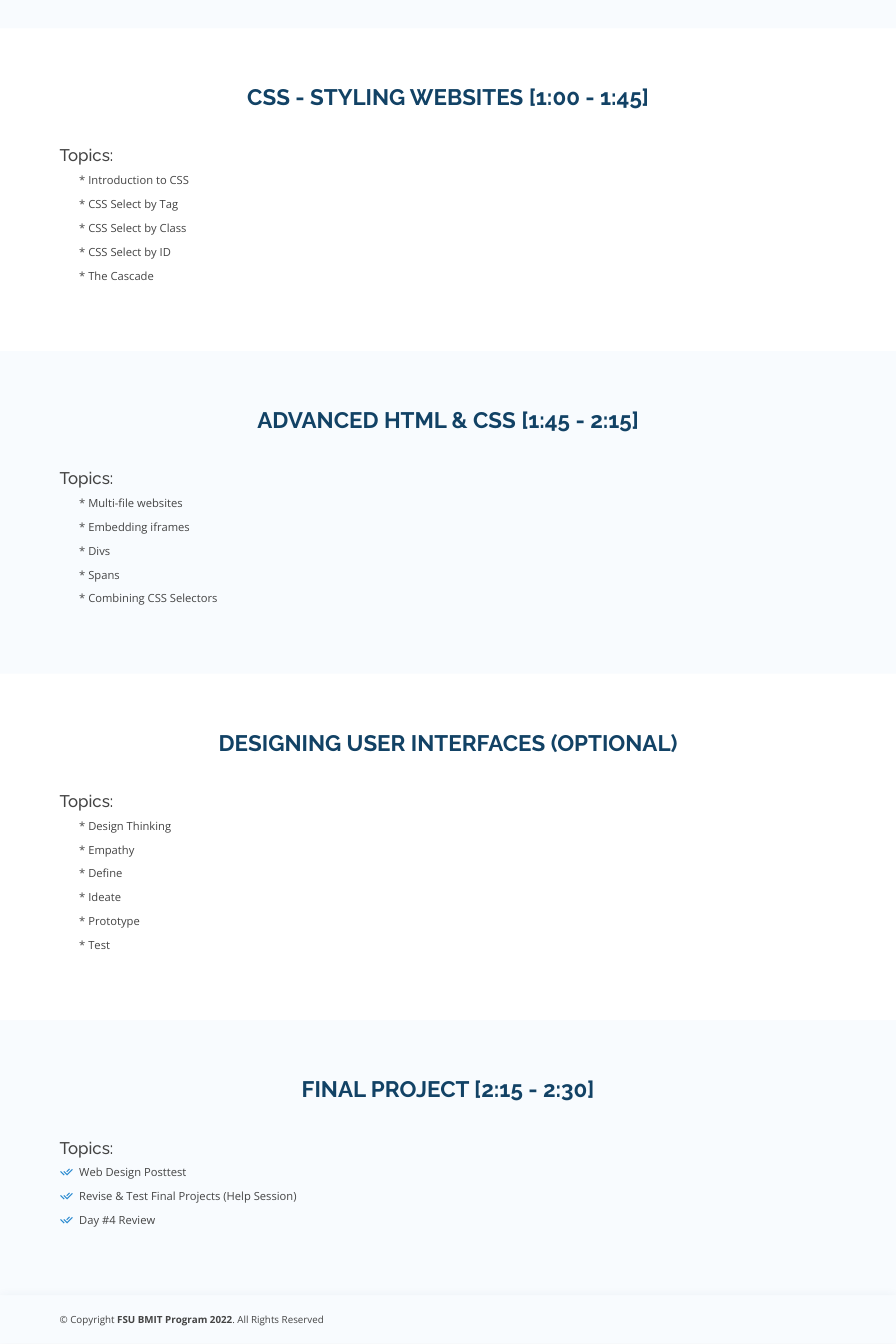
Repository: cchatmon/BMIT-Program
Page: BMIT_OnePage/index.html
The author's editor kept a record of every edit. The page is drawn from the files as they stood at one moment, then again after the next edit.
The browser window is 1280 px wide. The pictures show the part of the page from y = 1498 to 3418 px (the page is 3418 px tall), at 70% of full size.
Backgrounds fixed to the window are drawn as part of the page.

Above is the page before.

### BMIT_OnePage/index.html
<!DOCTYPE html>
<html lang="en">

<head>
  <meta charset="utf-8">
  <meta content="width=device-width, initial-scale=1.0" name="viewport">

  <title>FSU BMIT Program</title>
  <meta content="" name="descriptison">
  <meta content="" name="keywords">

  <!-- Favicons -->
  <link href="assets/img/favicon.png" rel="icon">
  <link href="assets/img/apple-touch-icon.png" rel="apple-touch-icon">

  <!-- Google Fonts -->
  <link href="https://fonts.googleapis.com/css?family=Open+Sans:300,300i,400,400i,600,600i,700,700i|Raleway:300,300i,400,400i,500,500i,600,600i,700,700i|Poppins:300,300i,400,400i,500,500i,600,600i,700,700i" rel="stylesheet">

  <!-- Vendor CSS Files -->
  <link href="assets/vendor/bootstrap/css/bootstrap.min.css" rel="stylesheet">
  <link href="assets/vendor/icofont/icofont.min.css" rel="stylesheet">
  <link href="assets/vendor/boxicons/css/boxicons.min.css" rel="stylesheet">
  <link href="assets/vendor/remixicon/remixicon.css" rel="stylesheet">
  <link href="assets/vendor/venobox/venobox.css" rel="stylesheet">
  <link href="assets/vendor/owl.carousel/assets/owl.carousel.min.css" rel="stylesheet">
  <link href="assets/vendor/aos/aos.css" rel="stylesheet">

  <!-- Template Main CSS File -->
  <link href="assets/css/style.css" rel="stylesheet">

  <!-- =======================================================
  * Template Name: OnePage - v2.0.0
  * Template URL: https://bootstrapmade.com/onepage-multipurpose-bootstrap-template/
  * Author: BootstrapMade.com
  * License: https://bootstrapmade.com/license/
  ======================================================== -->
</head>

<body>

  <!-- ======= Header ======= -->
  <header id="header" class="fixed-top">
    <div class="container d-flex align-items-center">

      <h1 class="logo mr-auto"><a href="index.html">FSU BMIT Program</a></h1>
      <!-- Uncomment below if you prefer to use an image logo -->
      <!-- <a href="index.html" class="logo mr-auto"><img src="assets/img/logo.png" alt="" class="img-fluid"></a>-->

      <nav class="nav-menu d-none d-lg-block">
        <ul>
          <li><a href="#getStarted">Getting Started</a></li>
          <li><a href="#htmlStructure">HTML - Structuring Websites</a></li>
          <li><a href="#cssStyling">CSS - Styling Websites</a></li>
          <li><a href="#advanceHTML">Advance HTML & CSS</a></li>
          <li><a href="#userInterface">Designing User Interfaces</a></li>
          <li><a href="#finalProject">Final Project</a></li>
        </ul>
      </nav><!-- .nav-menu -->
    </div>
  </header><!-- End Header -->

  <!-- ======= Hero Section ======= -->
  <section id="hero" class="d-flex align-items-center">
    <div class="container position-relative" data-aos="fade-up" data-aos-delay="100">
      <div class="row justify-content-center">
        <div class="col-xl-7 col-lg-9 text-center">
          <h1>BMIT Web Design Training</h1>
          <h2>Instructor:  Christy Chatmon</h2>
        </div>
      </div>
      </div>
  </section><!-- End Hero -->

  <main id="main">

    <!-- ======= Get Started ======= -->
    <section id="getStarted" class="about">
      <div class="container" data-aos="fade-up">

        <div class="section-title">
          <h2>Getting Started [11:45 - 12:15]</h2>
          <p>Getting Started & Structuring Websites using HTML </p>
        </div>

        <div class="row content">
          <div class="col-lg-12">
            <p>In today's world, web pages are the most common medium for sharing ideas and information.  Learning to design websites is an incredibly useful skill for any career path. The CodeHS Web Design course is a project-based course that teaches students how to build their own web pages. Students will learn the languages HTML and CSS, and will create their own live homepages to serve as portfolios of their creations. By the end of this session, students will be able to explain how web pages are developed and viewed on the Internet,analyze and fix errors in existing websites, and create their very own multi-page websites.  Students will learn the foundations of user interface design, rapid prototyping and user testing,and will work to create professional, mobile responsive websites.
            </p>
            <ul>
              <li><i class="ri-check-double-line"></i>introductions & CodeHS
                  <ul>
                    <li>* <a href="https://codehs.com/go/6C265"><u>Click to go to CodeHS</u></a></li>
                    <li>* Use the following code to join the class:  <b style="color:red;">6C265</b></li>
                    <li>* Web Development Resources:
                          <ul>
                            <li><a href="https://www.w3schools.com/">-- <u>w3schools Online Web Tutorials</u></a></li>
                            <li><a href="https://www.tutorialspoint.com/html/index.htm">-- <u>Tutorialspoint</u></a></li>
                            <li><a href="https://html.com/">-- <u>Learn HTML Code, Tags & CSS</u></a></li>
                          </ul>
                    </li>
                  </ul>
              </li>

              <li><i class="ri-check-double-line"></i><b>[12:15-12:30]</b> Web Design Pretest (15 questions)</li>


            </ul>
          </div>
        </div>
      </div>
    </section>    <!-- =======END Get Started ======= -->


    <!-- ======= HTML Structure ======= -->
    <section id="htmlStructure" class="services section-bg">
      <div class="container" data-aos="fade-up">

        <div class="section-title">
          <h2>HTML - Structuring Websites [12:15 - 1:00]</h2>
        </div>


        <div class="row content">
          <div class="col-lg-12">

            <h4>Topics:</h4>
            <ul>
                  <ul>
                    <li>* Introduction to HTML </li>
                    <li>* Structure of an HTML page </li>
                    <li>* Formatting Text </li>
                    <li>* Links </li>
                    <li>* Images </li>
                    <li>* Copyright </li>
                    <li>* HTML Lists </li>
                    <li>* HTML Styling </li>
                  </ul>
                </li>
            </ul>
          </div>
        </div>
      </div>
    </section>    <!-- ======= END HTML Structure ======= -->

    <!-- ======= CSS Styling ======= -->
    <section id="cssStyling" class="portfolio">
      <div class="container" data-aos="fade-up">

        <div class="section-title">
          <h2>CSS - Styling Websites [1:00 - 1:45]</h2>
        </div>


        <div class="row content">
          <div class="col-lg-12">

           <h4>Topics:</h4>
            <ul>
                  <ul>
                    <li>* Introduction to CSS</li>
                    <li>* CSS Select by Tag</li>
                    <li>* CSS Select by Class</li>
                    <li>* CSS Select by ID</li>
                    <li>* The Cascade</li>
                  </ul>

            </ul>
          </div>
        </div>
      </div>
    </section>    <!-- ======= END CSS Styling ======= -->

    <!-- ======= Advance HTML & CSS ======= -->
    <section id="advanceHTML" class="team section-bg">
      <div class="container" data-aos="fade-up">

        <div class="section-title">
          <h2>Advanced HTML & CSS [1:45 - 2:15]</h2>
        </div>


        <div class="row content">
          <div class="col-lg-12">

            <h4>Topics:</h4>

            <ul>
            <ul>
                  <ul>
                    <li>* Multi-file websites</li>
                    <li>* Embedding iframes</li>
                    <li>* Divs</li>
                    <li>* Spans</li>
                    <li>* Combining CSS Selectors</li>
                  </ul>

            </ul>
          </div>
        </div>
      </div>
    </section>    <!-- ======= END Advance HTML & CSS ======= -->

        <!-- ======= Designing User Interfaces ======= -->
    <section id="userInterface" class="about">
      <div class="container" data-aos="fade-up">

        <div class="section-title">
          <h2>Designing User Interfaces (Optional)</h2>
        </div>


        <div class="row content">
          <div class="col-lg-12">

            <h4>Topics:</h4>

            <ul>
                  <ul>
                    <li>* Design Thinking</li>
                    <li>* Empathy</li>
                    <li>* Define</li>
                    <li>* Ideate</li>
                    <li>* Prototype</li>
                    <li>* Test</li>
                  </ul>

            </ul>
          </div>
        </div>
      </div>
    </section><!-- ======= END Designing User Interfaces ======= -->

    <!-- ======= Final Project ======= -->
    <section id="finalProject" class="team section-bg">
      <div class="container" data-aos="fade-up">

        <div class="section-title">
          <h2>Final Project [2:15 - 2:30]</h2>
        </div>


        <div class="row content">
          <div class="col-lg-12">

           <h4>Topics:</h4>

            <ul>
               <li><i class="ri-check-double-line"></i> Web Design Posttest</li>

              <li><i class="ri-check-double-line"></i> Revise & Test Final Projects (Help Session)
                </li>

                <li><i class="ri-check-double-line"></i> Day #4 Review
              </li>

            </ul>
          </div>
        </div>
      </div>
    </section> <!-- ======= END Final Project ======= -->


  </main><!-- End #main -->

  <!-- ======= Footer ======= -->
  <footer id="footer">

    <div class="container d-md-flex py-4">

      <div class="mr-md-auto text-center text-md-left">
        <div class="copyright">
          &copy; Copyright <strong><span>FSU BMIT Program 2022</span></strong>. All Rights Reserved
        </div>

  </footer><!-- End Footer -->

  <a href="#" class="back-to-top"><i class="ri-arrow-up-line"></i></a>
  <div id="preloader"></div>

  <!-- Vendor JS Files -->
  <script src="assets/vendor/jquery/jquery.min.js"></script>
  <script src="assets/vendor/bootstrap/js/bootstrap.bundle.min.js"></script>
  <script src="assets/vendor/jquery.easing/jquery.easing.min.js"></script>
  <script src="assets/vendor/php-email-form/validate.js"></script>
  <script src="assets/vendor/waypoints/jquery.waypoints.min.js"></script>
  <script src="assets/vendor/counterup/counterup.min.js"></script>
  <script src="assets/vendor/venobox/venobox.min.js"></script>
  <script src="assets/vendor/owl.carousel/owl.carousel.min.js"></script>
  <script src="assets/vendor/isotope-layout/isotope.pkgd.min.js"></script>
  <script src="assets/vendor/aos/aos.js"></script>

  <!-- Template Main JS File -->
  <script src="assets/js/main.js"></script>

</body>

</html>

Loaded but not shown: BMIT_OnePage/assets/vendor/bootstrap/css/bootstrap.min.css (library); BMIT_OnePage/assets/vendor/icofont/icofont.min.css (library); BMIT_OnePage/assets/vendor/boxicons/css/boxicons.min.css (library); BMIT_OnePage/assets/vendor/remixicon/remixicon.css (library); BMIT_OnePage/assets/vendor/venobox/venobox.css (library); BMIT_OnePage/assets/vendor/owl.carousel/assets/owl.carousel.min.css (library); BMIT_OnePage/assets/vendor/aos/aos.css (library); BMIT_OnePage/assets/vendor/jquery/jquery.min.js (library); BMIT_OnePage/assets/vendor/bootstrap/js/bootstrap.bundle.min.js (library); BMIT_OnePage/assets/vendor/jquery.easing/jquery.easing.min.js (common file); BMIT_OnePage/assets/vendor/php-email-form/validate.js (library); BMIT_OnePage/assets/vendor/waypoints/jquery.waypoints.min.js (library); BMIT_OnePage/assets/vendor/counterup/counterup.min.js (common file); BMIT_OnePage/assets/vendor/venobox/venobox.min.js (library); BMIT_OnePage/assets/vendor/owl.carousel/owl.carousel.min.js (library); BMIT_OnePage/assets/vendor/isotope-layout/isotope.pkgd.min.js (library); BMIT_OnePage/assets/vendor/aos/aos.js (library); BMIT_OnePage/assets/js/main.js (207 lines, source omitted); BMIT_OnePage/assets/css/style.css (2029 lines, source omitted)

After the next edit:
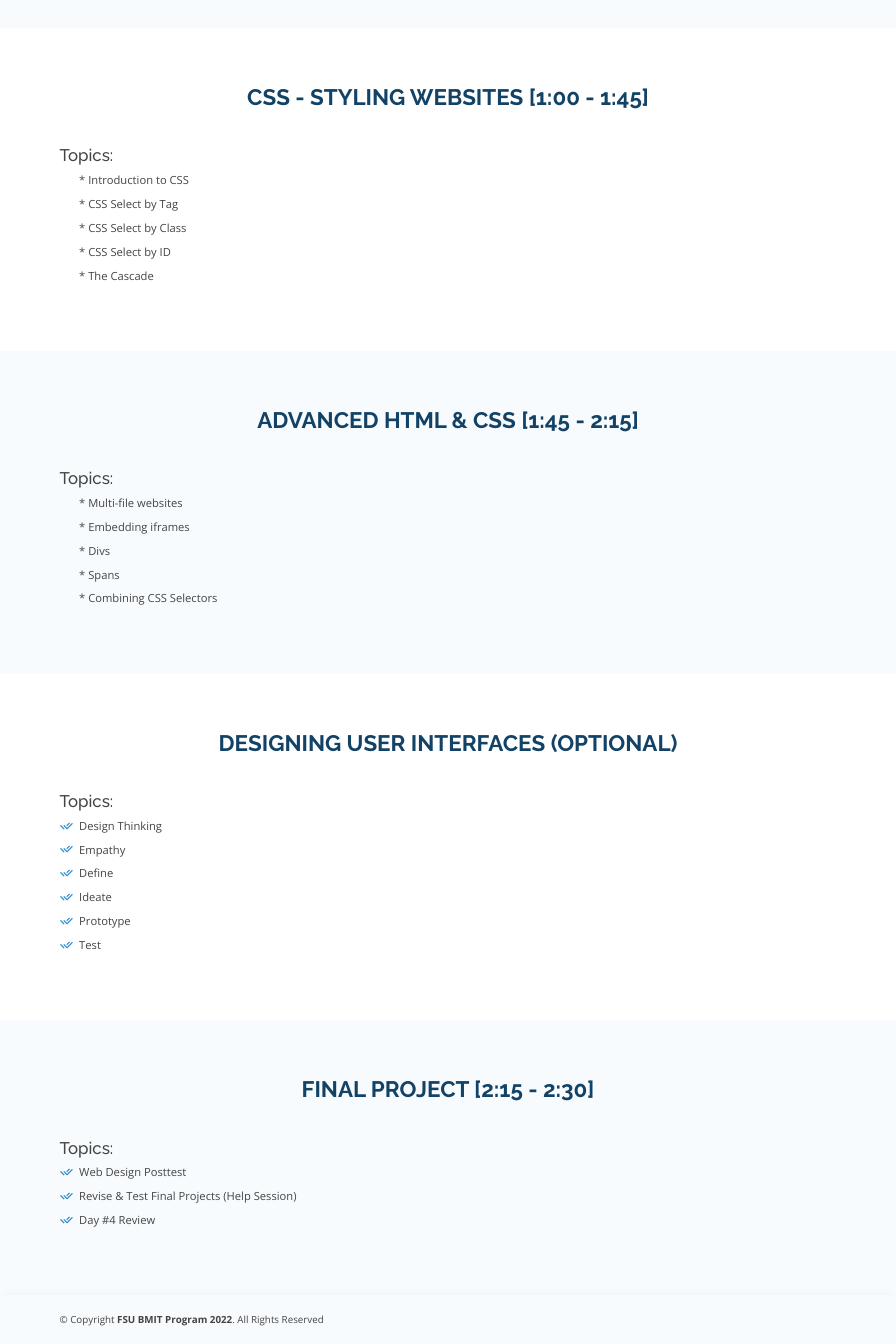
The edit:
--- a/BMIT_OnePage/index.html
+++ b/BMIT_OnePage/index.html
@@ -216,12 +216,12 @@
 
             <ul>
                   <ul>
-                    <li>* Design Thinking</li>
-                    <li>* Empathy</li>
-                    <li>* Define</li>
-                    <li>* Ideate</li>
-                    <li>* Prototype</li>
-                    <li>* Test</li>
+                    <li><i class="ri-check-double-line"></i> Design Thinking</li>
+                    <li><i class="ri-check-double-line"></i> Empathy</li>
+                    <li><i class="ri-check-double-line"></i> Define</li>
+                    <li><i class="ri-check-double-line"></i> Ideate</li>
+                    <li><i class="ri-check-double-line"></i> Prototype</li>
+                    <li><i class="ri-check-double-line"></i> Test</li>
                   </ul>
 
             </ul>
